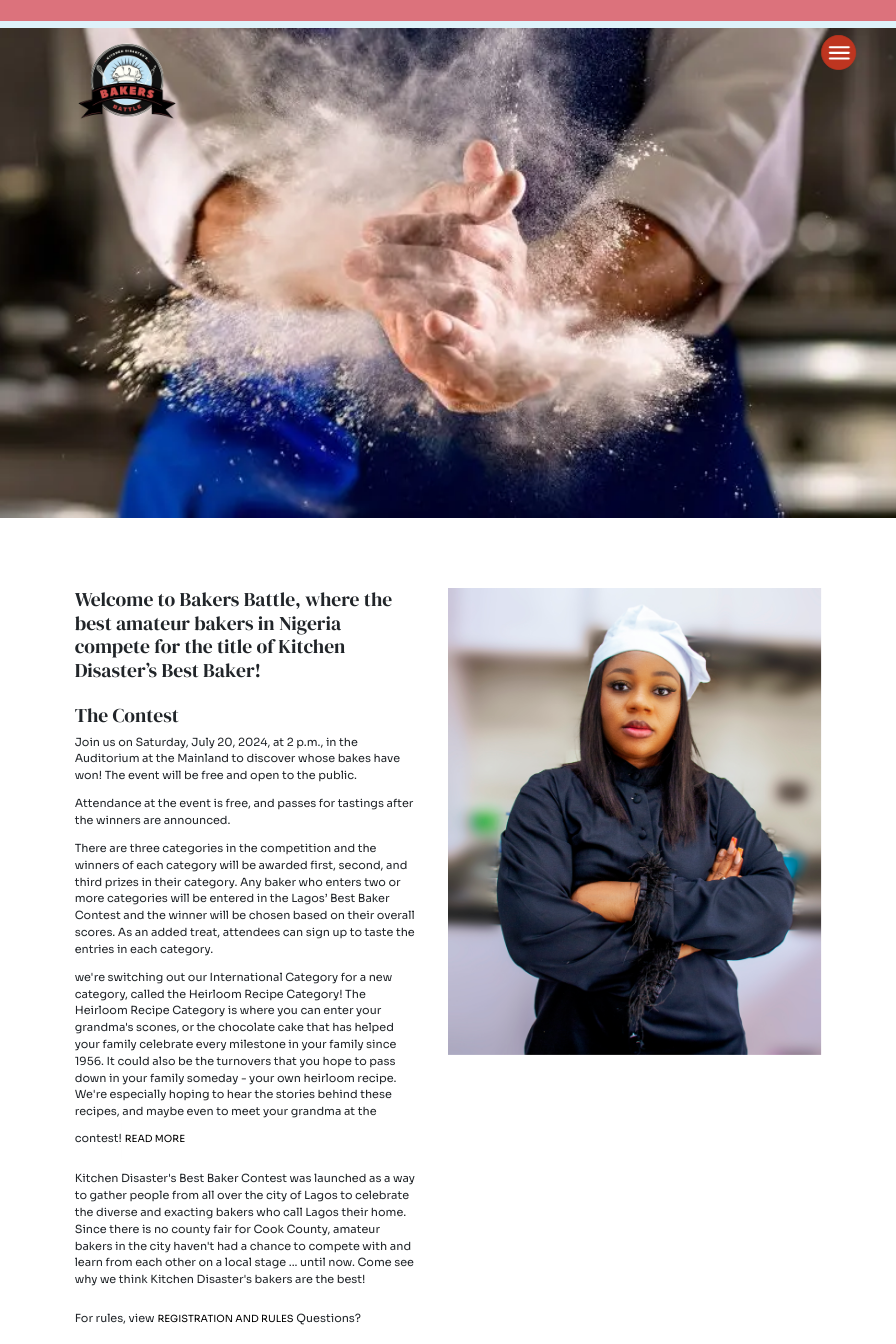
Repository: sarahnnanyelugo/bakers-battle
Page: /
The author's editor kept a copy of each file at every save. The page is drawn from the files as they stood at one save, then again after the next save.
The browser window is 1280 px wide. The pictures show the part of the page from y = 0 to 1920 px (the page is 3792 px tall before and 3940 px after), at 70% of full size.
The project was rebuilt for these pictures with package versions that can differ from the ones it lists, and the page was loaded fresh each time. Also part of the build but not shown: src/components/ScreenSlide/slide.scss, src/components/ScreenSlide/ScreenSlide.js, src/components/Title.js, src/components/FAQAccord/faq-accord.scss, src/components/FAQAccord/FAQAccord.js, src/pages/FAQ/faq.scss, src/pages/FAQ/FAQ.js, src/pages/Registration/registration.scss and 9 more.

Above is the page before, as saved 2024-07-17 09:02:56.

### src/App.js
import logo from "./logo.svg";
import "./App.scss";
import "bootstrap/dist/css/bootstrap.min.css";
import { BrowserRouter, Routes, Route, Link, Outlet } from "react-router-dom";
import { Home } from "./pages/Home/Home";
import { Navbar } from "./components/Navbar/Navbar";
import { Footer } from "./components/Footer/Footer";
import { FAQ } from "./pages/FAQ/FAQ";
import { Registration } from "./pages/Registration/Registration";
import { Contact } from "./pages/ContactPage/Contact";
import { Sponsors } from "./pages/Sponsors/Sponsors";
import ScrollToTop from "./scrollToTop";
import About from "./pages/About/About";
function App() {
  return (
    <>
      <ScrollToTop />
      <Navbar />
      <Routes>
        <Route path="/" element={<Home />} />{" "}
        <Route path="/faq" element={<FAQ />} />{" "}
        <Route path="/registration" element={<Registration />} />{" "}
        <Route path="/contact" element={<Contact />} />{" "}
        <Route path="/sponsors" element={<Sponsors />} />{" "}
        <Route path="/about" element={<About />} />{" "}
      </Routes>
      <Footer />
    </>
  );
}

export default App;

### src/App.scss
.app-btn {
  color: #fff;
  background: #dc727c;
  padding: 5px 30px;
  border-radius: 10px;
  border: solid 4px #dc727c;
  font-size: 30px;
  &:hover {
    color: #dc727c;
    background: #fff;
    transition: 0.5s ease;
  }
}

.button-92 {
  --c: #fff;

  background: linear-gradient(90deg, #0000 33%, #fff5, #0000 67%)
      var(--_p, 100%) / 300% no-repeat,
    #dc727c;

  color: #0000;
  border: none;
  transform: perspective(500px) rotateY(calc(20deg * var(--_i, -1)));
  text-shadow: calc(var(--_i, -1) * 0.08em) -0.01em 0 var(--c),
    calc(var(--_i, -1) * -0.08em) 0.01em 2px #0004;
  outline-offset: 0.1em;
  transition: 0.3s;
}

.button-92:hover,
.button-92:focus-visible {
  --_p: 0%;
  --_i: 1;
}

.button-92:active {
  text-shadow: none;
  color: var(--c);
  box-shadow: inset 0 0 9e9Q #0005;
  transition: 0s;
}

.button-92 {
  font-weight: bold;
  font-size: 2rem;
  margin: 0;
  cursor: pointer;
  padding: 0.1em 0.3em;
}

.button-48 {
  appearance: none;
  background-color: #ffffff;
  border-width: 0;
  box-sizing: border-box;
  color: #000000;
  cursor: pointer;
  display: inline-block;
  font-size: 14px;
  font-weight: 500;
  letter-spacing: 0;
  line-height: 1em;
  margin: 0;
  opacity: 1;
  outline: 0;
  padding: 1.5em 4px;
  position: relative;
  text-align: center;
  text-decoration: none;
  text-rendering: geometricprecision;
  text-transform: uppercase;
  transition: opacity 300ms cubic-bezier(0.694, 0, 0.335, 1),
    background-color 100ms cubic-bezier(0.694, 0, 0.335, 1),
    color 100ms cubic-bezier(0.694, 0, 0.335, 1);
  user-select: none;
  -webkit-user-select: none;
  touch-action: manipulation;
  vertical-align: baseline;
  white-space: nowrap;
}

.button-48:before {
  animation: opacityFallbackOut 0.5s step-end forwards;
  backface-visibility: hidden;
  background-color: #ebebeb;
  clip-path: polygon(-1% 0, 0 0, -25% 100%, -1% 100%);
  content: "";
  height: 100%;
  left: 0;
  position: absolute;
  top: 0;
  transform: translateZ(0);
  transition: clip-path 0.5s cubic-bezier(0.165, 0.84, 0.44, 1),
    -webkit-clip-path 0.5s cubic-bezier(0.165, 0.84, 0.44, 1);
  width: 100%;
}

.button-48:hover:before {
  animation: opacityFallbackIn 0s step-start forwards;
  clip-path: polygon(0 0, 101% 0, 101% 101%, 0 101%);
}

.button-48:after {
  background-color: #ffffff;
}

.button-48 span {
  z-index: 1;
  position: relative;
}
@font-face {
  font-family: SoraM;
  src: url(./assets/fonts/sora/Sora-Medium.ttf);
}
@font-face {
  font-family: nick;
  src: url(./assets/fonts/nick/Nickainley-Normal.ttf);
}
@font-face {
  font-family: SoraB;
  src: url(./assets/fonts/sora/Sora-Bold.ttf);
}
@font-face {
  font-family: SoraEB;
  src: url(./assets/fonts/sora/Sora-ExtraBold.ttf);
}
@font-face {
  font-family: SoraR;
  src: url(./assets/fonts/sora/Sora-Regular.ttf);
}
@font-face {
  font-family: SoraSB;
  src: url(./assets/fonts/sora/Sora-SemiBold.ttf);
}
@font-face {
  font-family: SoraL;
  src: url(./assets/fonts/sora/Sora-Light.ttf);
}
@font-face {
  font-family: SerifR;
  src: url(./assets/fonts/serif/DMSerifDisplay-Regular.ttf);
}
@font-face {
  font-family: SerifI;
  src: url(./assets/fonts/serif/DMSerifDisplay-Italic.ttf);
}
h1,
h2,
h3,
h4,
h5,
h6 {
  font-family: SerifR;
}

p,
li,
a,
small {
  font-family: SoraR;
}
button {
  font-family: SoraSB;
}
.mobile-padding {
  @media screen and (max-width: 820px) {
    padding-right: 7px;
    padding-left: 7px;
  }
}

### src/pages/Home/Home.js
import React from "react";
import { Link } from "react-router-dom";
import Host from "../../assets/images/host.jpg";
import { ScreenSlide } from "../../components/ScreenSlide/ScreenSlide";
import "./home.scss";
import Accordion from "react-bootstrap/Accordion";
import Flier from "../../assets/images/flier1.jpeg";
import Sponsor1 from "../../assets/images/sponsor1.jpeg";
import Sponsor2 from "../../assets/images/sponsor2.png";
import Sponsor3 from "../../assets/images/sponsor3.png";
import Sponsor4 from "../../assets/images/sponsor4.png";
import Sponsor5 from "../../assets/images/sponsor5.png";
import Sponsor6 from "../../assets/images/sponsor6.png";

export const Home = () => {
  return (
    <>
      <div className="home-div"></div>
      {/* <ScreenSlide /> */}
      <div className="d-md-flex about-div col-md-10 offset-md-1">
        <div className="col-md-6 ">
          <div className="col-md-11">
            {" "}
            <h3>
              Welcome to Bakers Battle, where the best amateur bakers in Nigeria
              compete for the title of Kitchen Disaster’s Best Baker!
            </h3>
            <br />
            <h3>The Contest</h3>
            <p>
              Join us on Saturday, July 20, 2024, at 2 p.m., in the Auditorium
              at the Mainland to discover whose bakes have won! The event will
              be free and open to the public.
            </p>
            <p>
              Attendance at the event is free, and passes for tastings after the
              winners are announced.
            </p>
            <p>
              There are three categories in the competition and the winners of
              each category will be awarded first, second, and third prizes in
              their category. Any baker who enters two or more categories will
              be entered in the Lagos’ Best Baker Contest and the winner will be
              chosen based on their overall scores. As an added treat, attendees
              can sign up to taste the entries in each category.
            </p>
            <p>
              we're switching out our International Category for a new category,
              called the Heirloom Recipe Category! The Heirloom Recipe Category
              is where you can enter your grandma's scones, or the chocolate
              cake that has helped your family celebrate every milestone in your
              family since 1956. It could also be the turnovers that you hope to
              pass down in your family someday - your own heirloom recipe. We're
              especially hoping to hear the stories behind these recipes, and
              maybe even to meet your grandma at the contest!
              <button class="button-48" role="button">
                <span class="text">Read more</span>
              </button>
            </p>
            <p>
              Kitchen Disaster's Best Baker Contest was launched as a way to
              gather people from all over the city of Lagos to celebrate the
              diverse and exacting bakers who call Lagos their home. Since there
              is no county fair for Cook County, amateur bakers in the city
              haven't had a chance to compete with and learn from each other on
              a local stage ... until now. Come see why we think Kitchen
              Disaster's bakers are the best!
            </p>{" "}
            <p>
              For rules, view
              <Link class="button-48" role="button" to={"/registration"}>
                <span class="text">registration and rules</span>
              </Link>
              Questions? Comments? Email us at{" "}
              <Link class="button-48" role="button">
                <span class="text">bakersbattle@gmail.com</span>
              </Link>{" "}
            </p>
            <Link to={"/registration"}>
              {" "}
              <button class="button-92" role="button">
                Register
              </button>
            </Link>
          </div>
        </div>
        <div className="col-md-6">
          <img src={Host} width="100%" />
        </div>
      </div>
      <div className="offset-md-1 col-md-10 " style={{ marginTop: "70px" }}>
        <div className="d-md-flex">
          <div className="col-md-6">
            {" "}
            <img
              className="img  offset-md-"
              src={Flier}
              alt="Scholar"
              width="80%"
            />
          </div>{" "}
          <div className="col-md-5 offset-md-1 accord">
            {" "}
            <h3>The Categories</h3>
            <p>There are three main categories to this competition</p>
            <Accordion defaultActiveKey="0">
              <Accordion.Item eventKey="0">
                <Accordion.Header>Category 1</Accordion.Header>
                <Accordion.Body>
                  <p>
                    {" "}
                    This category shall involve the twenty selected contestants.
                    Here each contestant shall be expected to... Lorem ipsum
                    dolor sit amet, consectetur adipiscing elit, sed do eiusmod
                    tempor incididunt ut labore et dolore magna aliqua. Ut enim
                    ad minim veniam, quis nostrud exercitation ullamco laboris
                    nisi ut aliquip ex ea commodo consequat. Duis aute irure
                    dolor in
                  </p>
                  <Link to={"/registration"}>
                    {" "}
                    <button
                      class="button-92"
                      role="button"
                      style={{ fontSize: "15px" }}
                    >
                      Register
                    </button>
                  </Link>
                </Accordion.Body>
              </Accordion.Item>

              <Accordion.Item eventKey="1">
                <Accordion.Header>Category 2</Accordion.Header>
                <Accordion.Body>
                  <p>
                    {" "}
                    This category shall involve the first five selected
                    contestants whose works impressed both the judges and the
                    online voters. Here each contestant shall be expected to...
                    Lorem ipsum dolor sit amet, consectetur adipiscing elit, sed
                    do eiusmod tempor incididunt ut labore et dolore magna
                    aliqua. Ut enim ad minim veniam, quis nostrud exercitation
                    ullamco laboris nisi ut aliquip ex ea commodo consequat.
                    Duis aute irure dolor in
                  </p>
                  <Link to={"/registration"}>
                    {" "}
                    <button
                      class="button-92"
                      role="button"
                      style={{ fontSize: "15px" }}
                    >
                      Register
                    </button>
                  </Link>
                </Accordion.Body>
              </Accordion.Item>
              <Accordion.Item eventKey="2">
                <Accordion.Header>Category 3</Accordion.Header>
                <Accordion.Body>
                  <p>
                    {" "}
                    This is the final category. It shall involve the first three
                    contestants from category2 . <br />
                    <br />
                    <span style={{ color: "red" }}>
                      {" "}
                      NOTE: WHAT TO BE BAKED ON THIS CATEGORY SHALL BE UNKNOWN
                      TILL THE LAST MINUTE!{" "}
                    </span>
                    <br />
                    <br />
                    come prepared for the unexpected!... <br />
                    Lorem ipsum dolor sit amet, consectetur adipiscing elit, sed
                    do eiusmod tempor incididunt ut labore et dolore magna
                    aliqua. Ut enim ad minim veniam, quis nostrud exercitation
                    ullamco laboris nisi ut aliquip ex ea commodo consequat.
                    Duis aute irure dolor in
                  </p>
                  <Link to={"/registration"}>
                    {" "}
                    <button
                      class="button-92"
                      role="button"
                      style={{ fontSize: "15px" }}
                    >
                      Register
                    </button>
                  </Link>
                </Accordion.Body>
              </Accordion.Item>
            </Accordion>
          </div>
        </div>
      </div>

      <div className="col-md-12 sponsors-div">
        <center>
          <h2>Our Sponsors</h2>
        </center>
        <div className="col-md-10 offset-md-1  d-md-flex row row-cols-2 row-cols-lg-6 g-2 g-lg-3">
          <Link
            className="col"
            target="_blank"
            to={
              "https://www.instagram.com/straightstreetbakery?igsh=MWdvdGg4eWx0eWYycA=="
            }
          >
            <div className="sponsors">
              <center>
                {" "}
                <img
                  className="img  offset-md-"
                  src={Sponsor1}
                  alt="Scholar"
                  width="80%"
                />
              </center>
            </div>
          </Link>
          <Link
            className="col"
            target="_blank"
            to={"https://www.instagram.com/sleeknigeria?igsh=d2xpeTNkaTVuNW5o"}
          >
            <div className="sponsors">
              <br />
              <center>
                {" "}
                <img
                  className="img  offset-md-"
                  src={Sponsor2}
                  alt="Scholar"
                  width="95%"
                />
              </center>
            </div>
          </Link>
          <div className="col">
            <div className="sponsors">
              {" "}
              <center>
                {" "}
                <img
                  className="img  offset-md-"
                  src={Sponsor3}
                  alt="Scholar"
                  width="100%"
                />
              </center>
            </div>
          </div>
          <div className="col">
            <div className="sponsors">
              {" "}
              <center>
                {" "}
                <img
                  className="img  offset-md-"
                  src={Sponsor4}
                  alt="Scholar"
                  width="100%"
                />
              </center>
            </div>
          </div>{" "}
          <div className="col">
            <div className="sponsors">
              {" "}
              <center>
                {" "}
                <img
                  className="img  offset-md-"
                  src={Sponsor5}
                  alt="Scholar"
                  width="100%"
                />
              </center>
            </div>
          </div>{" "}
          <div className="col">
            <div className="sponsors">
              {" "}
              <center>
                {" "}
                <img
                  className="img  offset-md-"
                  src={Sponsor6}
                  alt="Scholar"
                  width="50%"
                />
              </center>
            </div>
          </div>
        </div>
      </div>
    </>
  );
};

### src/pages/Home/home.scss
.home-div {
  height: 700px;
  //   background: url("../../assets/images/landing.webp");
  background: url("../../assets/images/baker.webp");
  margin-top: -800px;
  background-size: cover;
  background-repeat: no-repeat;
  background-position: center;
}
.about-div {
  margin-top: 100px;
}

.sponsors-div {
  margin-top: 80px;
  padding-top: 30px;
  padding-bottom: 30px;
  background: rgb(255, 255, 255);
  background: linear-gradient(
    180deg,
    rgba(255, 255, 255, 1) 5%,
    rgba(221, 221, 221, 1) 31%
  );
  .sponsors {
    padding-top: 10px;
    margin-top: 45px;
    height: 180px;
    background: #fff;
    background: linear-gradient(90deg, #0000 33%, #fff5, #0000 67%)
        var(--_p, 100%) / 300% no-repeat,
      #fff;
    transform: perspective(500px) rotateY(calc(20deg * var(--_i, -1)));
    text-shadow: calc(var(--_i, -1) * 0.08em) -0.01em 0 var(--c),
      calc(var(--_i, -1) * -0.08em) 0.01em 2px #0004;
    outline-offset: 0.1em;
    transition: all 0.5s;
    &:hover {
      --_p: 0%;
      --_i: 1;
    }
  }
}

### src/components/Navbar/navbar.scss
main {
  height: 800px;
  position: relative;
  overflow: hidden;
}

.aside-section {
  top: 0;
  bottom: 0;
  position: absolute;
}

.aside-left {
  display: none;
  width: 40%;
  left: 0;
  background: #dc727c;

  -webkit-transform: translateY(-100%);
  -moz-transform: translateY(-100%);
  -ms-transform: translateY(-100%);
  -o-transform: translateY(-100%);
  transform: translateY(-100%);
  transition: transform 0.9s ease-in-out;
}

.aside-right {
  width: 100%;
  right: 0;
  background-color: #def2fa;
  -webkit-transform: translateX(100%);
  -moz-transform: translateX(100%);
  -ms-transform: translateX(100%);
  -o-transform: translateX(100%);
  transform: translateX(100%);
  transition: transform 0.9s ease-in-out;
}

.aside-list {
  list-style: none;
  padding: 0;
  margin: 0;
  margin-top: 150px;
  text-align: left;
  padding-left: 50px;
}

.aside-content {
  //   margin-top: 150px;
  padding: 0 40px;
  position: relative;
  color: white;
  text-align: center;
}

.aside-list li {
  margin-bottom: 20px;
}

.aside-anchor::after {
  content: "";
  position: absolute;
  bottom: 0;
  background-color: #ff5964;
  left: 0;
  right: 0;
  height: 6px;
  border-radius: 6px;
}

.aside-anchor::before {
  border-radius: 3px;
  content: "";
  position: absolute;
  bottom: 0;
  background-color: rgb(9, 1, 1);
  left: 0;
  height: 6px;
  z-index: 1;
  width: 50%;
  -webkit-transition: transform 0.2s ease-in-out;
  -o-transition: transform 0.2s ease-in-out;
  transition: transform 0.2s ease-in-out;
}

.aside-anchor:hover:before {
  -webkit-transform: translateX(100%);
  -moz-transform: translateX(100%);
  -ms-transform: translateX(100%);
  -o-transform: translateX(100%);
  transform: translateX(100%);
}

.aside-anchor {
  padding-bottom: 7px;
  color: rgb(14, 14, 14);
  text-decoration: none;
  font-size: 30px;
  position: relative;
  font-weight: 500;
}

input[type="checkbox"] {
  display: none;
}

input[type="checkbox"]:checked ~ aside .aside-left {
  transform: translateY(0%);
}

input[type="checkbox"]:checked ~ aside .aside-right {
  transform: translateX(0%);
}

input[type="checkbox"]:checked ~ label .bar {
  background-color: #fff;
}

input[type="checkbox"]:checked ~ label .top {
  -webkit-transform: translateY(0px) rotateZ(45deg);
  -moz-transform: translateY(0px) rotateZ(45deg);
  -ms-transform: translateY(0px) rotateZ(45deg);
  -o-transform: translateY(0px) rotateZ(45deg);
  transform: translateY(0px) rotateZ(45deg);
}

input[type="checkbox"]:checked ~ label .bottom {
  -webkit-transform: translateY(-15px) rotateZ(-45deg);
  -moz-transform: translateY(-15px) rotateZ(-45deg);
  -ms-transform: translateY(-15px) rotateZ(-45deg);
  -o-transform: translateY(-15px) rotateZ(-45deg);
  transform: translateY(-15px) rotateZ(-45deg);
}

input[type="checkbox"]:checked ~ label .middle {
  width: 0;
}

.middle {
  margin: 0 auto;
}

label {
  top: 40px;
  display: inline-block;
  padding: 10px 10px;
  background-color: transparent;
  cursor: pointer;
  margin: 10px;
  z-index: 3;
  position: fixed;
}

.bar {
  display: block;
  background-color: #fff;
  width: 30px;
  height: 3px;
  border-radius: 5px;
  margin: 5px auto;
  transition: background-color 0.4s ease-in, transform 0.4s ease-in,
    width 0.4s ease-in;
}

@media (min-width: 992px) {
  h1 {
    font-size: 40px;
  }
  .aside-left {
    display: block;
  }

  .aside-right {
    width: 60%;
  }
}
.tog {
  height: 50px;
  width: 50px;
  border: solid 1px #be3520;
  background: #be3520;
  border-radius: 50%;
  // position: fixed;
  // z-index: 230;
}
.img2 {
}

### src/components/Footer/footer.scss
footer {
  background: #def2fa;
  //   padding-top: 30px;
  padding-bottom: 20px;
  margin-top: 190px;
  img {
    margin-top: -130px;
  }
  a {
    color: #000;
    text-decoration: none;
    font-size: 18px;
    &:hover {
      color: #dc727c;
    }
  }
}
.media-links {
  li {
    font-size: 50px !important;
  }
}

Loaded but not shown: public/index.html (common file); src/index.js (common file); src/index.css (common file); src/reportWebVitals.js (common file); src/scrollToTop.js (common file); src/components/Navbar/Navbar.js (111 lines, source omitted); src/components/Footer/Footer.js (78 lines, source omitted)

After the next save:
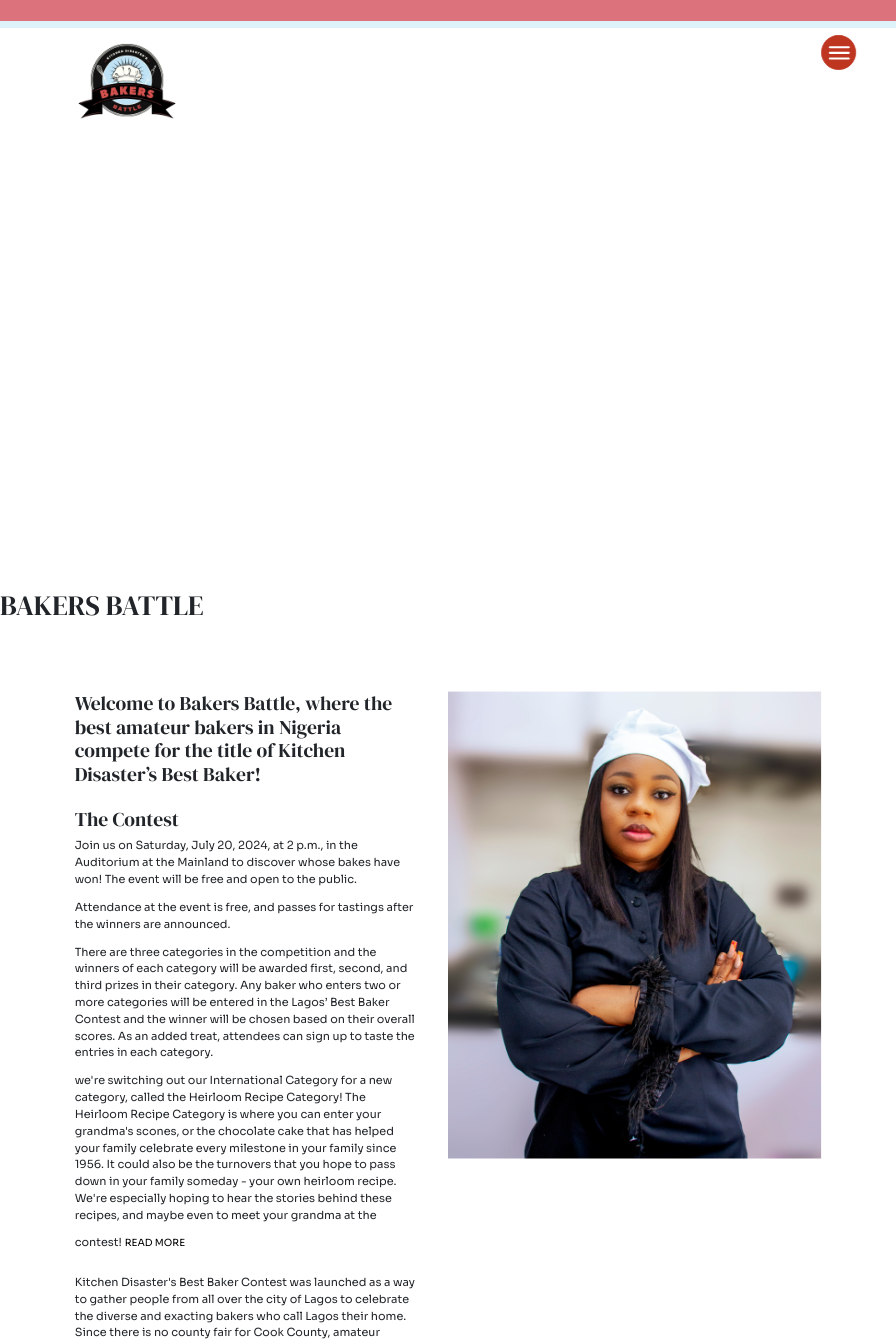
Saved 27 s later.
--- a/src/pages/Home/Home.js
+++ b/src/pages/Home/Home.js
@@ -15,7 +15,9 @@
 export const Home = () => {
   return (
     <>
-      <div className="home-div"></div>
+      <dSiv className="home-div">
+        <h1>BAKERS BATTLE</h1>
+      </dSiv>
       {/* <ScreenSlide /> */}
       <div className="d-md-flex about-div col-md-10 offset-md-1">
         <div className="col-md-6 ">
